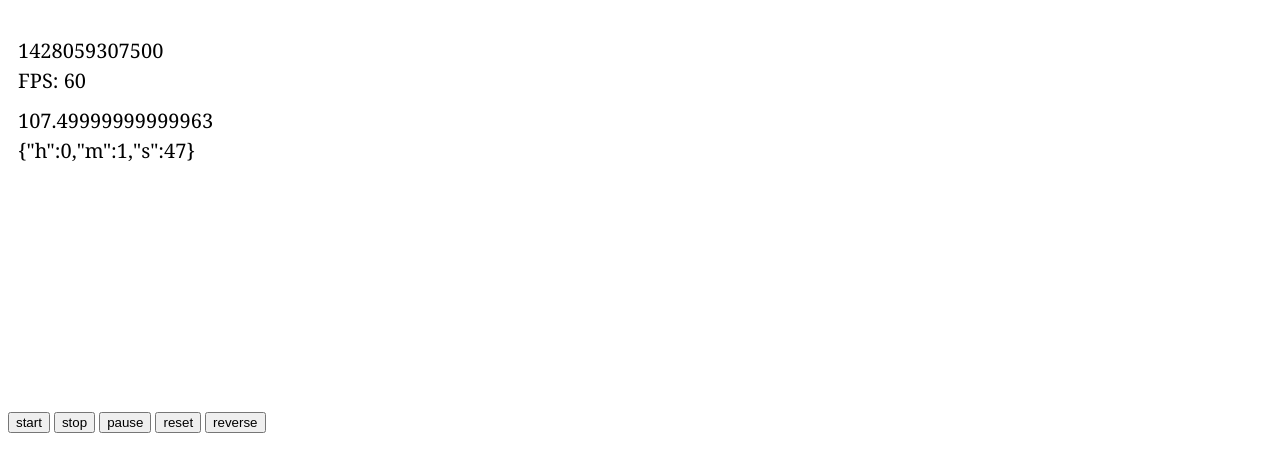
Repository: WebRTCGame/game-timer
Page: index.html
The author's editor kept a record of every edit. The page is drawn from the files as they stood at one moment, then again after the next edit.
The browser window is 1280 px wide. The pictures show the whole page.
After loading, the first visible `#btnStop` was clicked once.

Above is the page before.

After the next edit:
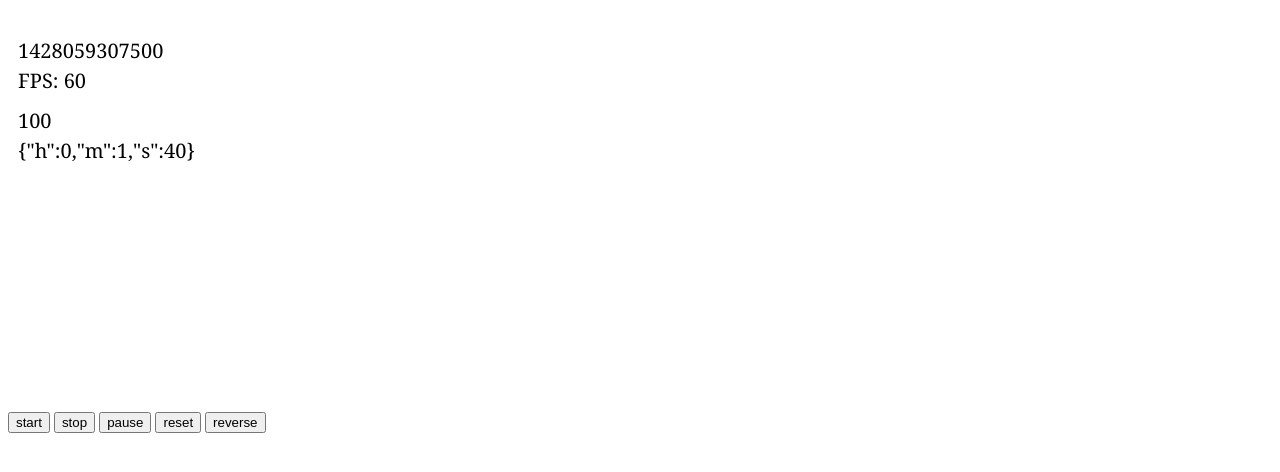
The edit:
--- a/index.html
+++ b/index.html
@@ -74,7 +74,7 @@
                         timer.start();
                     }, false);
                     document.getElementById("btnStop").addEventListener("click", function() {
-                        console.log("clicked");
+                        timer.stop();
                     }, false);
                     document.getElementById("btnPause").addEventListener("click", function() {
                         timer.pause();
